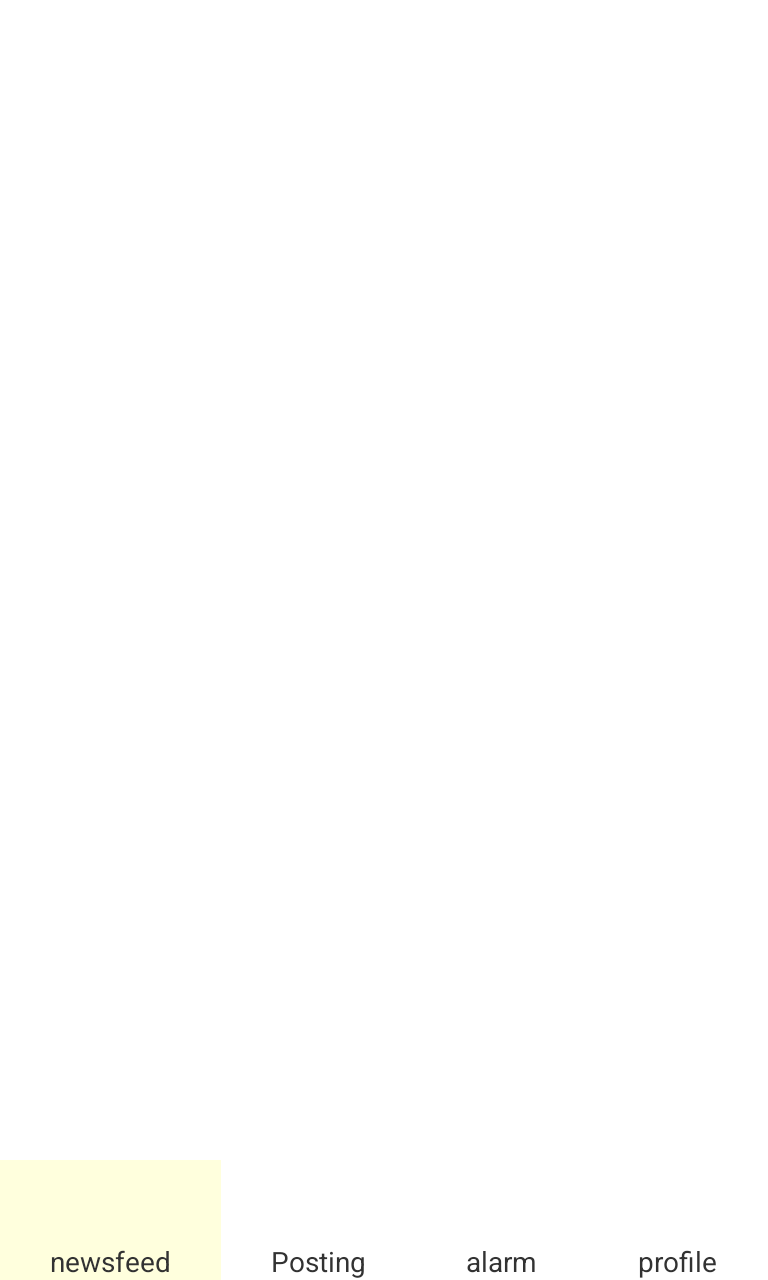
Repository: lay126/fuding_wewe
Layout: fuding_android/FudingAndroid/res/layout/activity_fuding_main.xml
These files come from the project's save history. The layout is drawn as it stood at one moment and after the next save; the edit follows.
It is drawn on a 768 x 1280 px phone screen (xhdpi) without system bars, with theme AppTheme; the app's code is not run. Lists and similar views that code fills are empty.

Above is the layout before, as saved 2015-07-21 07:39:38.

### fuding_android/FudingAndroid/res/layout/activity_fuding_main.xml
<RelativeLayout xmlns:android="http://schemas.android.com/apk/res/android"
    xmlns:tools="http://schemas.android.com/tools"
    android:layout_width="match_parent"
    android:layout_height="match_parent"
    tools:context="wewe.fuding.fudingandroid.FudingMainActivity" >

    <android.support.v4.view.ViewPager
        android:id="@+id/pager"
        android:layout_width="match_parent"
        android:layout_height="match_parent"
        android:layout_above="@+id/LinearLayout1" >
    </android.support.v4.view.ViewPager>

    <LinearLayout
        android:id="@+id/LinearLayout1"
        android:layout_width="wrap_content"
        android:layout_height="60dp"
        android:layout_alignParentBottom="true"
        android:layout_alignParentLeft="true"
        android:layout_alignParentRight="true"
        android:weightSum="4" >

        <RelativeLayout
            android:id="@+id/newsfeed_layout"
            android:layout_width="wrap_content"
            android:layout_height="match_parent"
            android:background="#FFFFDD"
            android:layout_weight="1" >

            <TextView
                android:id="@+id/newsfeed_text"
                android:layout_width="wrap_content"
                android:layout_height="wrap_content"
                android:layout_alignParentBottom="true"
                android:layout_centerHorizontal="true"
                android:text="newsfeed" />
        </RelativeLayout>

        <RelativeLayout
            android:id="@+id/addpost_layout"
            android:layout_width="wrap_content"
            android:layout_height="match_parent"
            android:layout_weight="1" >

            <TextView
                android:id="@+id/addpost_text"
                android:layout_width="wrap_content"
                android:layout_height="wrap_content"
                android:layout_alignParentBottom="true"
                android:layout_centerHorizontal="true"
                android:text="Posting" />
        </RelativeLayout>

        <RelativeLayout
            android:id="@+id/alarm_layout"
            android:layout_width="wrap_content"
            android:layout_height="match_parent"
            android:layout_weight="1" >

            <TextView
                android:id="@+id/alarm_text"
                android:layout_width="wrap_content"
                android:layout_height="wrap_content"
                android:layout_alignParentBottom="true"
                android:layout_centerHorizontal="true"
                android:text="alarm" />
        </RelativeLayout>

        <RelativeLayout
            android:id="@+id/profile_layout"
            android:layout_width="wrap_content"
            android:layout_height="match_parent"
            android:layout_weight="1" >

            <TextView
                android:id="@+id/profile_text"
                android:layout_width="wrap_content"
                android:layout_height="wrap_content"
                android:layout_alignParentBottom="true"
                android:layout_centerHorizontal="true"
                android:text="profile" />
        </RelativeLayout>
    </LinearLayout>

</RelativeLayout>

Loaded but not shown: fuding_android/FudingAndroid/res/values/styles.xml (common file); fuding_android/FudingAndroid/res/values-v11/styles.xml (common file); fuding_android/FudingAndroid/res/values-v14/styles.xml (common file)

After the next save:
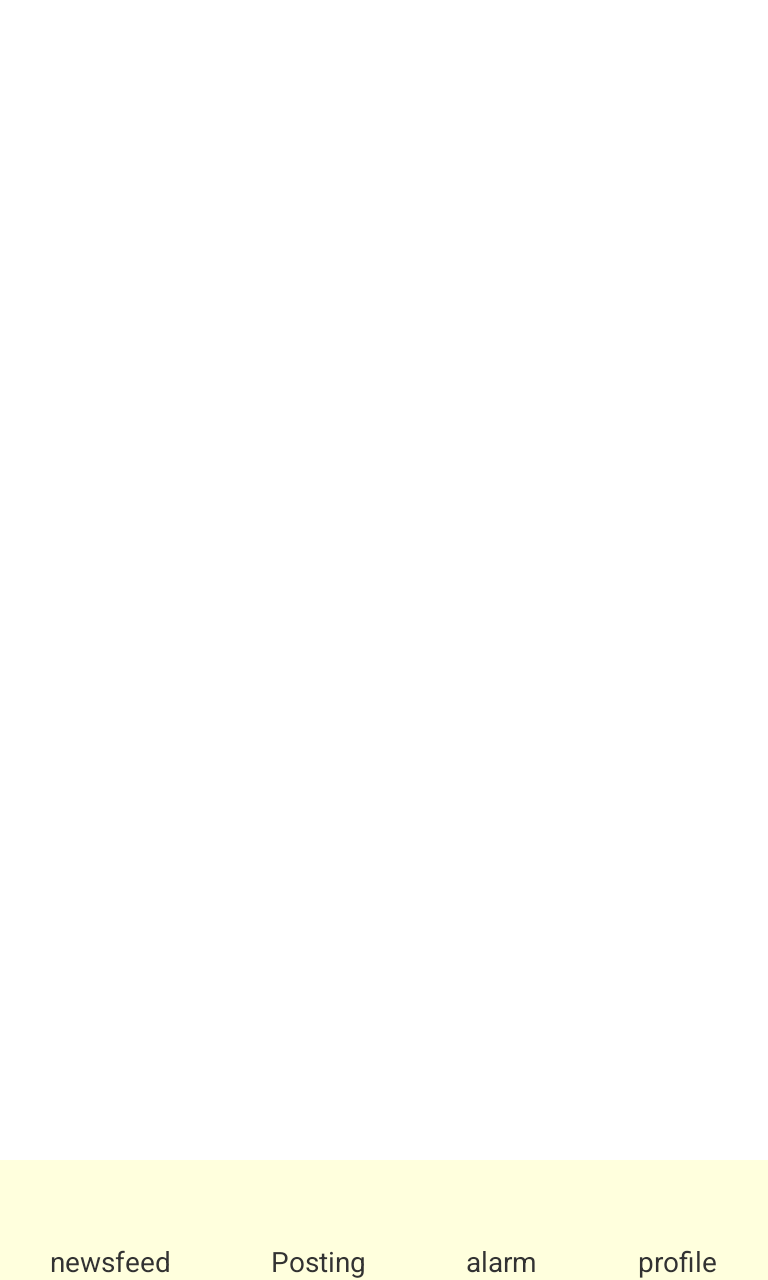
Saved 27 s later.
--- a/fuding_android/FudingAndroid/res/layout/activity_fuding_main.xml
+++ b/fuding_android/FudingAndroid/res/layout/activity_fuding_main.xml
@@ -40,6 +40,7 @@
             android:id="@+id/addpost_layout"
             android:layout_width="wrap_content"
             android:layout_height="match_parent"
+            android:background="#FFFFDD"
             android:layout_weight="1" >
 
             <TextView
@@ -55,6 +56,7 @@
             android:id="@+id/alarm_layout"
             android:layout_width="wrap_content"
             android:layout_height="match_parent"
+            android:background="#FFFFDD"
             android:layout_weight="1" >
 
             <TextView
@@ -70,6 +72,7 @@
             android:id="@+id/profile_layout"
             android:layout_width="wrap_content"
             android:layout_height="match_parent"
+            android:background="#FFFFDD"
             android:layout_weight="1" >
 
             <TextView
